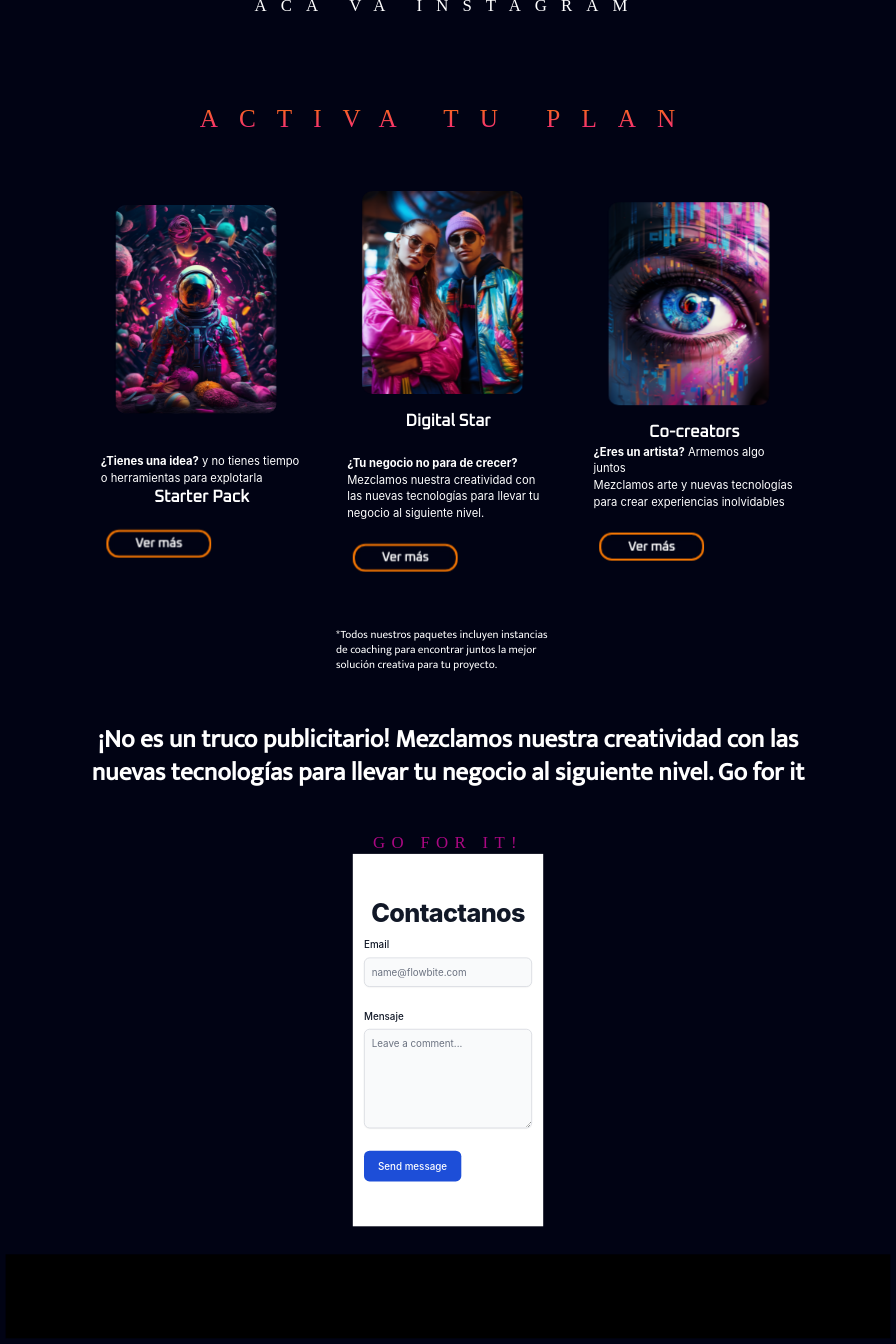
Repository: itsomosedison/tailwind-landing-page
Page: index.html
An editor plug-in stored every save of this project. The page is shown before and after the next save, followed by the edit.
The browser window is 1280 px wide. The pictures show the part of the page from y = 1167 to 3087 px (the page is 3087 px tall), at 70% of full size.
Some web fonts or font styles are not loaded; a fallback is used.

Above is the page before, as saved 2023-09-30 20:44:30.

### index.html
<!DOCTYPE html>
 <html lang="en" class="">
<head>
    <meta charset="UTF-8">
    <meta http-equiv="X-UA-Compatible" content="IE=edge">
    <meta name="viewport" content="width=device-width, initial-scale=1.0">
    <title>Fuxia Lab</title>
    <meta name="description" content="Creamos contenido para tu negocio. FOTOS - VIDEOS - PACKS DE IMAGENES. Tenemos packs de contenido hechos a tu medida.">
    <link href="./output.css" rel="stylesheet">
</head>
<body>
    <header>
        <nav class="fuxiaNavBar">
            <div class="flex flex-wrap justify-between items-center mx-auto max-w-screen-xl">
                <a href="https://fuxialab.com" class="flex items-center">
                    <img src="recursos/LogoFuxiaHorizontal.png" class="logo mr-3 h-6 sm:h-9" alt="FuxiaLab Logo" />
                </a>
            </div>
        </nav>
    </header>

    <div class="hero containerFuxiaHero">
        <div class="containerFuxia flex-col" style="max-width:  1080px;align-items: center;">
            <h1 class="FuxiaH1">IA Believers</h1>

            <div class="flex-row" style="max-width: 400px;">
                <h2 class="FuxiaH2"> <b>¡No es un truco publicitario!</b> Mezclamos nuestra creatividad con las nuevas tecnologías para llevar tu negocio al siguiente nivel.</h2>
                <p class="FuxiaSpecialText">GO FOR IT!</p>
            </div>
            <div class="flex-row" style="text-align: center;width:70%">
                <p class="WhiteSpecialText" style="text-align: center;">SELECCIONA TU NIVEL</p>
            </div>
            <div class="flex-col">
                    <button class="FuxiaButton">Rookie</button>
                    <button class="FuxiaButton">Amateur</button>
                    <button class="FuxiaButton">Follower</button>
                    <button class="FuxiaButton">Believer</button>
            </div>
        </div>
    </div>

    <div class="containerFuxia flex-col" style="max-width:  1080px;align-items: center;margin-top: -32px;">
        <img src="recursos/sheepHero2.png" alt="Imagen de la oveja" style="width:1920px;" />
        <p class="WhiteSpecialText" style="text-align: center;">INSTA SHEEP</p>
        <p class="WhiteSpecialText" style="text-align: center;">ACA VA INSTAGRAM</p>
    </div>

    <div class="containerFuxia flex-col" style="max-width:  1080px;align-items: center;">
        <p class="GradienteSpecialText" style="text-align: center;">ACTIVA TU PLAN</p>
    </div>

    <div class="containerFuxiaCards flex-row">
                <div class="cardContainer">
                    <a href="https://api.whatsapp.com/send/?phone=5401138519899&text=Hola%21+vi+tu+anuncio+en+la+web+y+estoy+interesado+en+un+Starter+Pack" target="_blank" class="fuxiaCard">
                        <img class="cardImg" src="recursos/start.png" alt="Imagen de la oveja" />
                    </a>
                    <p class="mt-8"><b>¿Tienes una idea?</b> y no tienes tiempo o herramientas para explotarla</p>
                    <h1 class="cardH1">Starter Pack</h1>
                    <br>
                    <button class="gradientButton">Ver más</button>
                </div>

                <div class="cardContainer">
                    <a href="https://api.whatsapp.com/send/?phone=5401138519899&text=Hola%21+vi+tu+anuncio+en+la+web+y+estoy+interesado+en+ser+un+Digital+Star" target="_blank" class="fuxiaCard">
                        <img class="cardImg" src="recursos/star.png" alt="Imagen de la oveja" />

                    </a>
                    <h1 class="cardH1">Digital Star</h1>
                    <p class="mt-8"> <b>¿Tu negocio no para de crecer?</b> Mezclamos nuestra creatividad con las nuevas tecnologías para llevar tu negocio al siguiente nivel.</p>
                    <br>
                    <button class="gradientButton">Ver más</button>
                </div>


                <div class="cardContainer">
                    <a href="https://api.whatsapp.com/send/?phone=5401138519899&text=Hola%21+vi+tu+anuncio+en+la+web+y+estoy+interesado+en+co+crear+un+proyecto+jun" target="_blank" class="fuxiaCard">
                        <img class="cardImg" src="recursos/cocrea.png" alt="Imagen de la oveja" />
                    </a>
                    <h1 class="cardH1">Co-creators</h1>
                    <p class=""><b>¿Eres un artista?</b> Armemos algo juntos</p> Mezclamos arte y nuevas tecnologías para crear experiencias inolvidables</p>
                    <br>
                    <button class="gradientButton">Ver más</button>
                </div>
            </div>
            </div>
        </section>
    </div>

        <div class="containerFuxia flex-row" style="max-width:  1080px;align-items: center;">
                    <p class="FuxiaH2" style="font-size: 16px; width: 320px;">*Todos nuestros paquetes incluyen instancias de coaching para encontrar juntos la mejor solución creativa para tu proyecto.</p>
        </div>

        <div class="containerFuxia flex-row" style="max-width:  1080px;align-items: center;">

                <p class="quoteText">¡No es un truco publicitario! Mezclamos nuestra creatividad con las nuevas tecnologías para llevar tu negocio al siguiente nivel. Go for it</p>
                <p class="FuxiaSpecialText" style="margin-top:60px">GO FOR IT!</p>

                <section class="bg-white dark:bg-gray-900">
                    <div class="py-8 lg:py-16 px-4 mx-auto max-w-screen-md">
                        <h2 class="mb-4 text-4xl tracking-tight font-extrabold text-center text-gray-900 dark:text-white">Contactanos</h2>
                        <form action="#" class="space-y-8">
                            <div>
                                <label for="email" class="block mb-2 text-sm font-medium text-gray-900 dark:text-gray-300">Email</label>
                                <input type="email" id="email" class="shadow-sm bg-gray-50 border border-gray-300 text-gray-900 text-sm rounded-lg focus:ring-primary-500 focus:border-primary-500 block w-full p-2.5 dark:bg-gray-700 dark:border-gray-600 dark:placeholder-gray-400 dark:text-white dark:focus:ring-primary-500 dark:focus:border-primary-500 dark:shadow-sm-light" placeholder="name@flowbite.com" required>
                            </div>
                            <div class="sm:col-span-2">
                                <label for="message" class="block mb-2 text-sm font-medium text-gray-900 dark:text-gray-400">Mensaje</label>
                                <textarea id="message" rows="6" class="block p-2.5 w-full text-sm text-gray-900 bg-gray-50 rounded-lg shadow-sm border border-gray-300 focus:ring-primary-500 focus:border-primary-500 dark:bg-gray-700 dark:border-gray-600 dark:placeholder-gray-400 dark:text-white dark:focus:ring-primary-500 dark:focus:border-primary-500" placeholder="Leave a comment..."></textarea>
                            </div>
                            <button type="submit" class="py-3 px-5 text-sm font-medium text-center text-white rounded-lg bg-primary-700 sm:w-fit hover:bg-primary-800 focus:ring-4 focus:outline-none focus:ring-primary-300 dark:bg-primary-600 dark:hover:bg-primary-700 dark:focus:ring-primary-800">Send message</button>
                        </form>
                    </div>
                  </section>

        </div>

   <div class="footerFuxia flex-row">

   </div>

</body>
</html>

Loaded but not shown: output.css (2759 lines, source omitted)

After the next save:
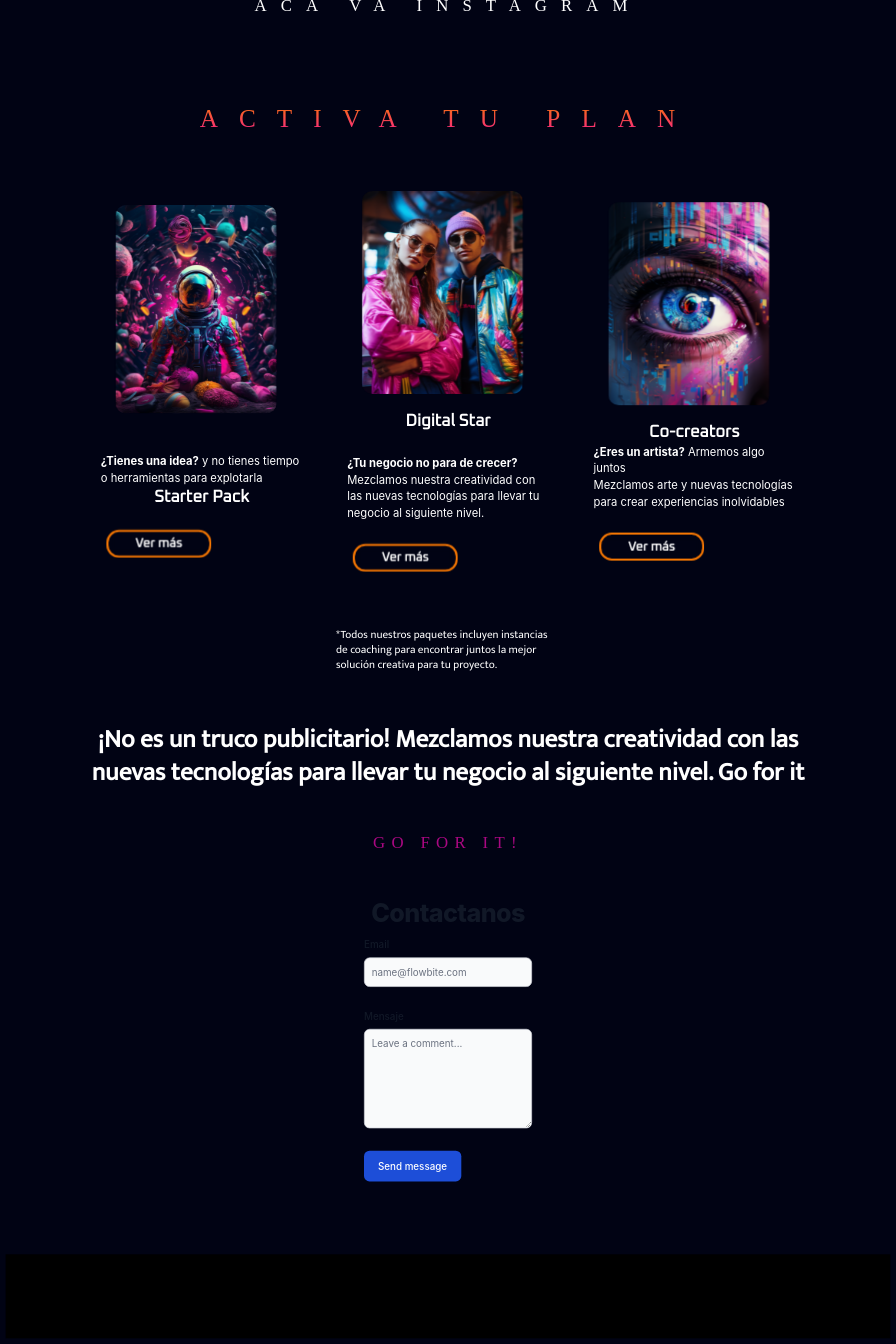
Saved 41 s later.
--- a/index.html
+++ b/index.html
@@ -95,7 +95,7 @@
                 <p class="quoteText">¡No es un truco publicitario! Mezclamos nuestra creatividad con las nuevas tecnologías para llevar tu negocio al siguiente nivel. Go for it</p>
                 <p class="FuxiaSpecialText" style="margin-top:60px">GO FOR IT!</p>
 
-                <section class="bg-white dark:bg-gray-900">
+                <section>
                     <div class="py-8 lg:py-16 px-4 mx-auto max-w-screen-md">
                         <h2 class="mb-4 text-4xl tracking-tight font-extrabold text-center text-gray-900 dark:text-white">Contactanos</h2>
                         <form action="#" class="space-y-8">
